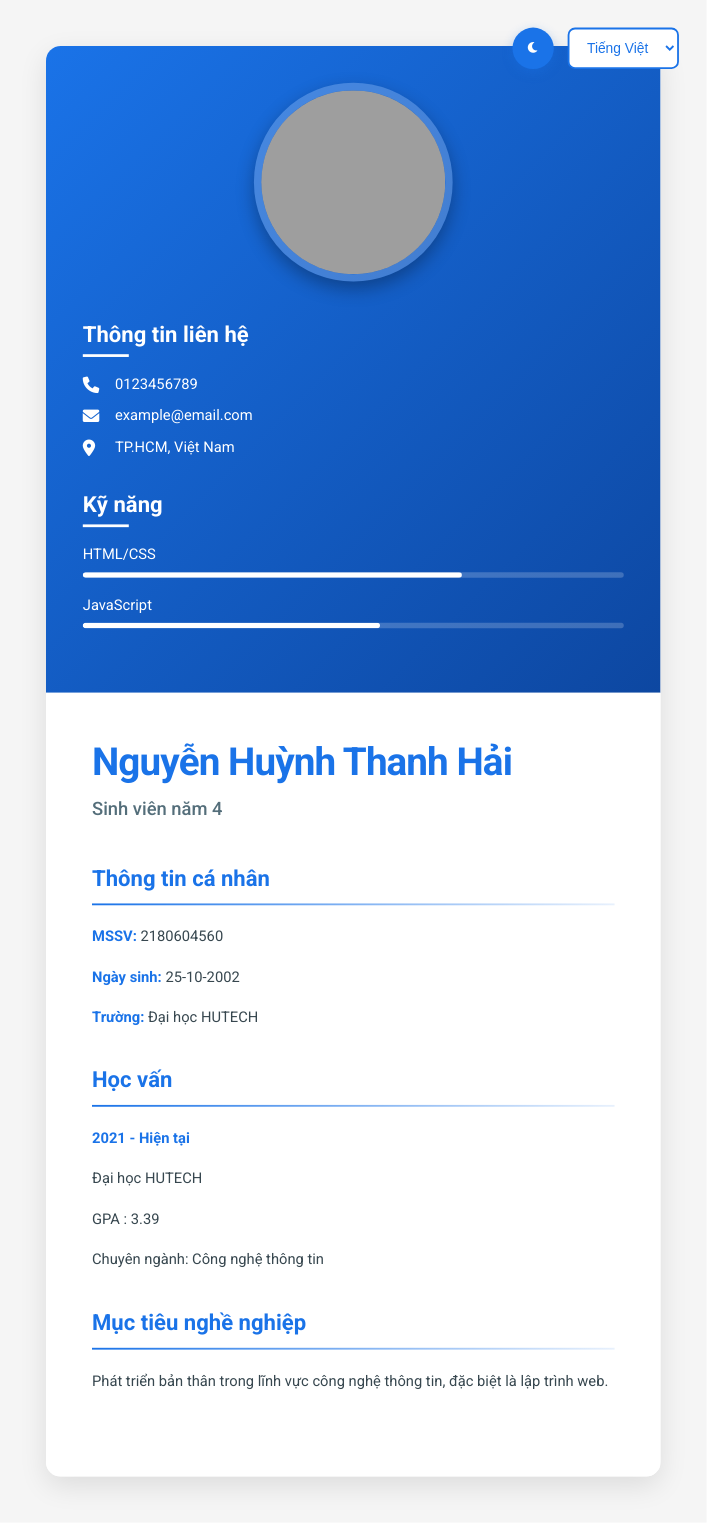
Repository: Haimichi/haimichi.github.io
Page: index.html
The author's editor kept a copy of each file at every save. The page is drawn from the files as they stood at one save, then again after the next save.
The browser window is 768 px wide. The pictures show the whole page, at 92% of full size.
Pictures or frames that could not be fetched are drawn as grey boxes.

Above is the page before, as saved 2025-03-04 10:41:05.

### index.html
<!DOCTYPE html>
<html lang="en">
<head>
    <meta charset="UTF-8">
    <meta name="viewport" content="width=device-width, initial-scale=1.0">
    <title>CV - Nguyễn Huỳnh Thanh Hải</title>
    <link rel="stylesheet" href="style.css">
    <link rel="stylesheet" href="https://cdnjs.cloudflare.com/ajax/libs/font-awesome/6.0.0/css/all.min.css">
    <link href="https://fonts.googleapis.com/css2?family=Roboto:wght@400;500;700&display=swap" rel="stylesheet">
</head>
<body>
    <div class="theme-controls">
        <button id="themeToggle" class="theme-btn">
            <i class="fas fa-moon"></i>
        </button>
        <select id="languageSelect" class="lang-select">
            <option value="vi">Tiếng Việt</option>
            <option value="en">English</option>
        </select>
    </div>
    <div class="container">
        <div class="cv-container">
            <div class="left-column">
                <div class="profile-image">
                    <input type="file" id="imageInput" accept="image/*" style="display: none;">
                    <img src="avatar.jpg" alt="Profile Picture" onclick="document.getElementById('imageInput').click()" style="width: 200px; height: 200px; border-radius: 50%; object-fit: cover; cursor: pointer;">
                </div>
                <script>
                    document.getElementById('imageInput').addEventListener('change', function(event) {
                        const file = event.target.files[0];
                        if (file) {
                            const reader = new FileReader();
                            reader.onload = function(e) {
                                document.querySelector('.profile-image img').src = e.target.result;
                            };
                            reader.readAsDataURL(file);
                        }
                    });
                </script>
                <div class="contact-info">
                    <h2>Thông tin liên hệ</h2>
                    <p><i class="fas fa-phone"></i> 0123456789</p>
                    <p><i class="fas fa-envelope"></i> example@email.com</p>
                    <p><i class="fas fa-map-marker-alt"></i> TP.HCM, Việt Nam</p>
                </div>
                <div class="skills">
                    <h2>Kỹ năng</h2>
                    <div class="skill-item">
                        <span>HTML/CSS</span>
                        <div class="skill-level">
                            <div class="skill-bar" style="width: 70%"></div>
                        </div>
                    </div>
                    <div class="skill-item">
                        <span>JavaScript</span>
                        <div class="skill-level">
                            <div class="skill-bar" style="width: 55%"></div>
                        </div>
                    </div>
                </div>
            </div>
            <div class="right-column">
                <div class="header">
                    <h1>Nguyễn Huỳnh Thanh Hải</h1>
                    <h2>Sinh viên năm 4</h2>
                </div>
                <div class="section">
                    <h2>Thông tin cá nhân</h2>
                    <p><strong>MSSV:</strong> 2180604560</p>
                    <p><strong>Ngày sinh:</strong> 25-10-2002</p>
                    <p><strong>Trường:</strong> Đại học HUTECH</p>
                </div>
                <div class="section">
                    <h2>Học vấn</h2>
                    <p><strong>2021 - Hiện tại</strong></p>
                    <p>Đại học HUTECH</p>
                    <p>GPA : 3.39</p>
                    <p>Chuyên ngành: Công nghệ thông tin</p>
                </div>
                <div class="section">
                    <h2>Mục tiêu nghề nghiệp</h2>
                    <p>Phát triển bản thân trong lĩnh vực công nghệ thông tin, đặc biệt là lập trình web.</p>
                </div>
            </div>
        </div>
    </div>
</body>
<script>
const translations = {
    en: {
        title: "Contact Information",
        skills: "Skills",
        personalInfo: "Personal Information",
        education: "Education",
        career: "Career Objectives",
        studentId: "Student ID",
        dob: "Date of Birth",
        university: "University",
        major: "Major",
        present: "Present"
    },
    vi: {
        title: "Thông tin liên hệ",
        skills: "Kỹ năng",
        personalInfo: "Thông tin cá nhân",
        education: "Học vấn",
        career: "Mục tiêu nghề nghiệp",
        studentId: "MSSV",
        dob: "Ngày sinh",
        university: "Trường",
        major: "Chuyên ngành",
        present: "Hiện tại"
    }
};

// Theme Toggle
const themeToggle = document.getElementById('themeToggle');
themeToggle.addEventListener('click', () => {
    document.body.classList.toggle('dark-theme');
    const icon = themeToggle.querySelector('i');
    if (document.body.classList.contains('dark-theme')) {
        icon.classList.replace('fa-moon', 'fa-sun');
    } else {
        icon.classList.replace('fa-sun', 'fa-moon');
    }
});

// Language Toggle
const languageSelect = document.getElementById('languageSelect');
languageSelect.addEventListener('change', (e) => {
    const lang = e.target.value;
    updateLanguage(lang);
});

function updateLanguage(lang) {
    document.querySelector('.contact-info h2').textContent = translations[lang].title;
    document.querySelector('.skills h2').textContent = translations[lang].skills;
    document.querySelector('.section h2').textContent = translations[lang].personalInfo;
    // Update other elements...
}
</script>
</html>

### style.css
body {
    margin: 0;
    padding: 0;
    font-family: 'Roboto', 'Segoe UI', sans-serif;
    background-color: #f5f5f5;
    display: flex;
    justify-content: center;
    align-items: center;
    min-height: 100vh;
    color: #2c3e50;
}

.container {
    width: 100%;
    max-width: 1200px;
    padding: 30px;
    margin: 20px;
}

.cv-container {
    display: flex;
    background-color: white;
    border-radius: 16px;
    box-shadow: 0 10px 30px rgba(0, 0, 0, 0.1);
    overflow: hidden;
}

.left-column {
    width: 360px;
    background: linear-gradient(135deg, #1a73e8 0%, #0d47a1 100%);
    color: white;
    padding: 40px;
}

.right-column {
    flex: 1;
    padding: 50px;
    background: white;
}

.profile-image {
    text-align: center;
    margin-bottom: 40px;
}

.profile-image img {
    width: 220px;
    height: 220px;
    border-radius: 50%;
    border: 8px solid rgba(255, 255, 255, 0.2);
    box-shadow: 0 8px 20px rgba(0, 0, 0, 0.3);
    transition: transform 0.3s ease;
}

.profile-image img:hover {
    transform: scale(1.05);
}

.contact-info {
    margin-bottom: 40px;
}

.contact-info h2 {
    font-size: 24px;
    margin-bottom: 20px;
    position: relative;
    padding-bottom: 10px;
}

.contact-info h2::after {
    content: '';
    position: absolute;
    left: 0;
    bottom: 0;
    width: 50px;
    height: 3px;
    background: white;
}

.contact-info p {
    margin: 15px 0;
    display: flex;
    align-items: center;
    font-size: 16px;
}

.contact-info i {
    margin-right: 15px;
    width: 20px;
    font-size: 18px;
}

.skills {
    margin-bottom: 30px;
}

.skills h2 {
    font-size: 24px;
    margin-bottom: 20px;
    position: relative;
    padding-bottom: 10px;
}

.skills h2::after {
    content: '';
    position: absolute;
    left: 0;
    bottom: 0;
    width: 50px;
    height: 3px;
    background: white;
}

.skill-item {
    margin: 20px 0;
}

.skill-item span {
    display: block;
    margin-bottom: 10px;
    font-size: 16px;
}

.skill-level {
    width: 100%;
    height: 6px;
    background-color: rgba(255, 255, 255, 0.2);
    border-radius: 10px;
    overflow: hidden;
}

.skill-bar {
    height: 100%;
    background: white;
    border-radius: 10px;
    transition: width 1s ease-in-out;
}

.header {
    margin-bottom: 50px;
}

.header h1 {
    color: #1a73e8;
    margin: 0 0 15px 0;
    font-size: 42px;
    font-weight: 700;
    letter-spacing: -1px;
}

.header h2 {
    color: #546e7a;
    margin: 0;
    font-size: 20px;
    font-weight: 500;
}

.section {
    margin-bottom: 40px;
}

.section h2 {
    color: #1a73e8;
    font-size: 24px;
    margin-bottom: 20px;
    position: relative;
    padding-bottom: 15px;
}

.section h2::after {
    content: '';
    position: absolute;
    left: 0;
    bottom: 0;
    width: 100%;
    height: 2px;
    background: linear-gradient(to right, #1a73e8 0%, rgba(26,115,232,0.1) 100%);
}

.section p {
    margin: 15px 0;
    line-height: 1.8;
    color: #37474f;
    font-size: 16px;
}

.section strong {
    color: #1a73e8;
    font-weight: 600;
}

@media (max-width: 768px) {
    .cv-container {
        flex-direction: column;
    }

    .left-column {
        width: auto;
    }

    .profile-image img {
        width: 150px;
        height: 150px;
    }
}

/* Theme controls styling */
.theme-controls {
    position: fixed;
    top: 30px;
    right: 30px;
    display: flex;
    gap: 15px;
    z-index: 1000;
}

.theme-btn {
    background: #1a73e8;
    color: white;
    border: none;
    padding: 12px;
    border-radius: 50%;
    cursor: pointer;
    width: 45px;
    height: 45px;
    display: flex;
    align-items: center;
    justify-content: center;
    box-shadow: 0 4px 12px rgba(26,115,232,0.3);
    transition: transform 0.3s ease;
}

.theme-btn:hover {
    transform: translateY(-2px);
}

.lang-select {
    padding: 8px 15px;
    border-radius: 8px;
    border: 2px solid #1a73e8;
    background: white;
    color: #1a73e8;
    cursor: pointer;
    font-size: 15px;
    font-weight: 500;
    transition: all 0.3s ease;
}

.lang-select:hover {
    background: #1a73e8;
    color: white;
}

/* Dark theme enhancements */
body.dark-theme {
    background-color: #121212;
}

.dark-theme .cv-container {
    background-color: #2d2d2d;
    box-shadow: 0 2px 15px rgba(255, 255, 255, 0.1);
}

.dark-theme .right-column {
    color: #ffffff;
}

.dark-theme .section p {
    color: #e0e0e0;
}

.dark-theme .header h1 {
    color: #4a9eff;
}

.dark-theme .header h2 {
    color: #b0b0b0;
}

.dark-theme .section h2 {
    color: #4a9eff;
    border-bottom-color: #4a9eff;
}

.dark-theme .left-column {
    background-color: #4a9eff;
}

After the next save:
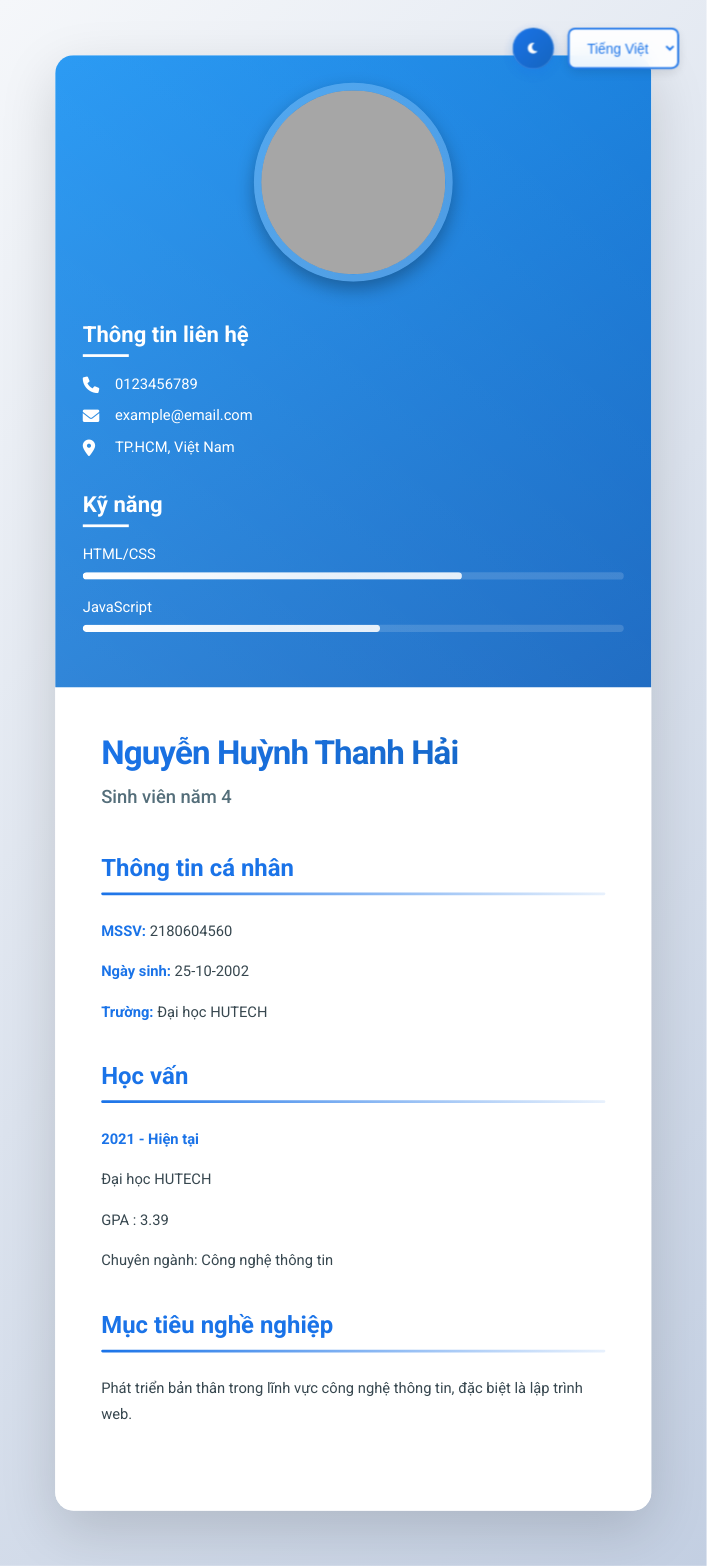
Saved 3 min 30 s later.
--- a/style.css
+++ b/style.css
@@ -2,7 +2,7 @@ body {
     margin: 0;
     padding: 0;
     font-family: 'Roboto', 'Segoe UI', sans-serif;
-    background-color: #f5f5f5;
+    background: linear-gradient(135deg, #f5f7fa 0%, #c3cfe2 100%);
     display: flex;
     justify-content: center;
     align-items: center;
@@ -20,16 +20,35 @@ body {
 .cv-container {
     display: flex;
     background-color: white;
-    border-radius: 16px;
-    box-shadow: 0 10px 30px rgba(0, 0, 0, 0.1);
+    border-radius: 20px;
+    box-shadow: 0 20px 60px rgba(0, 0, 0, 0.15);
     overflow: hidden;
+    margin: 20px;
+    transition: transform 0.3s ease;
+}
+
+.cv-container:hover {
+    transform: translateY(-5px);
 }
 
 .left-column {
     width: 360px;
-    background: linear-gradient(135deg, #1a73e8 0%, #0d47a1 100%);
+    background: linear-gradient(145deg, #2196f3 0%, #1565c0 100%);
     color: white;
     padding: 40px;
+    position: relative;
+    overflow: hidden;
+}
+
+.left-column::before {
+    content: '';
+    position: absolute;
+    top: 0;
+    left: 0;
+    right: 0;
+    bottom: 0;
+    background: linear-gradient(45deg, rgba(255,255,255,0.1) 0%, rgba(255,255,255,0) 100%);
+    pointer-events: none;
 }
 
 .right-column {
@@ -49,11 +68,13 @@ body {
     border-radius: 50%;
     border: 8px solid rgba(255, 255, 255, 0.2);
     box-shadow: 0 8px 20px rgba(0, 0, 0, 0.3);
-    transition: transform 0.3s ease;
+    transition: all 0.4s ease;
+    filter: brightness(1.05);
 }
 
 .profile-image img:hover {
-    transform: scale(1.05);
+    transform: scale(1.05) rotate(2deg);
+    border-color: rgba(255, 255, 255, 0.4);
 }
 
 .contact-info {
@@ -123,17 +144,37 @@ body {
 
 .skill-level {
     width: 100%;
-    height: 6px;
-    background-color: rgba(255, 255, 255, 0.2);
-    border-radius: 10px;
+    height: 8px;
+    background-color: rgba(255, 255, 255, 0.15);
+    border-radius: 20px;
     overflow: hidden;
+    position: relative;
 }
 
 .skill-bar {
     height: 100%;
-    background: white;
-    border-radius: 10px;
-    transition: width 1s ease-in-out;
+    background: linear-gradient(90deg, #ffffff 0%, rgba(255,255,255,0.8) 100%);
+    border-radius: 20px;
+    transition: width 1.5s cubic-bezier(0.165, 0.84, 0.44, 1);
+    position: relative;
+    overflow: hidden;
+}
+
+.skill-bar::after {
+    content: '';
+    position: absolute;
+    top: 0;
+    left: -100%;
+    width: 100%;
+    height: 100%;
+    background: linear-gradient(90deg, transparent, rgba(255,255,255,0.4), transparent);
+    animation: shimmer 2s infinite;
+}
+
+@keyframes shimmer {
+    100% {
+        left: 100%;
+    }
 }
 
 .header {
@@ -141,11 +182,14 @@ body {
 }
 
 .header h1 {
-    color: #1a73e8;
+    font-size: 48px;
+    background: linear-gradient(135deg, #1a73e8 0%, #1565c0 100%);
+    -webkit-background-clip: text;
+    -webkit-text-fill-color: transparent;
     margin: 0 0 15px 0;
-    font-size: 42px;
     font-weight: 700;
     letter-spacing: -1px;
+    position: relative;
 }
 
 .header h2 {
@@ -161,10 +205,11 @@ body {
 
 .section h2 {
     color: #1a73e8;
-    font-size: 24px;
-    margin-bottom: 20px;
+    font-size: 26px;
+    margin-bottom: 25px;
     position: relative;
     padding-bottom: 15px;
+    font-weight: 600;
 }
 
 .section h2::after {
@@ -173,8 +218,9 @@ body {
     left: 0;
     bottom: 0;
     width: 100%;
-    height: 2px;
-    background: linear-gradient(to right, #1a73e8 0%, rgba(26,115,232,0.1) 100%);
+    height: 3px;
+    background: linear-gradient(90deg, #1a73e8 0%, rgba(26,115,232,0.1) 100%);
+    border-radius: 3px;
 }
 
 .section p {
@@ -215,9 +261,11 @@ body {
 }
 
 .theme-btn {
-    background: #1a73e8;
+    background: linear-gradient(135deg, #1a73e8 0%, #1565c0 100%);
+    backdrop-filter: blur(10px);
+    -webkit-backdrop-filter: blur(10px);
+    border: 1px solid rgba(255,255,255,0.1);
     color: white;
-    border: none;
     padding: 12px;
     border-radius: 50%;
     cursor: pointer;
@@ -238,12 +286,15 @@ body {
     padding: 8px 15px;
     border-radius: 8px;
     border: 2px solid #1a73e8;
-    background: white;
+    background: rgba(255,255,255,0.9);
+    backdrop-filter: blur(10px);
+    -webkit-backdrop-filter: blur(10px);
     color: #1a73e8;
     cursor: pointer;
     font-size: 15px;
     font-weight: 500;
     transition: all 0.3s ease;
+    box-shadow: 0 4px 12px rgba(0,0,0,0.1);
 }
 
 .lang-select:hover {
@@ -253,12 +304,12 @@ body {
 
 /* Dark theme enhancements */
 body.dark-theme {
-    background-color: #121212;
+    background: linear-gradient(135deg, #1a1a1a 0%, #2d2d2d 100%);
 }
 
 .dark-theme .cv-container {
-    background-color: #2d2d2d;
-    box-shadow: 0 2px 15px rgba(255, 255, 255, 0.1);
+    background-color: #1e1e1e;
+    box-shadow: 0 20px 60px rgba(0, 0, 0, 0.3);
 }
 
 .dark-theme .right-column {
@@ -270,7 +321,9 @@ body.dark-theme {
 }
 
 .dark-theme .header h1 {
-    color: #4a9eff;
+    background: linear-gradient(135deg, #64b5f6 0%, #1976d2 100%);
+    -webkit-background-clip: text;
+    -webkit-text-fill-color: transparent;
 }
 
 .dark-theme .header h2 {
@@ -283,5 +336,22 @@ body.dark-theme {
 }
 
 .dark-theme .left-column {
-    background-color: #4a9eff;
-}
+    background: linear-gradient(145deg, #1565c0 0%, #0d47a1 100%);
+}
+
+/* Responsive improvements */
+@media (max-width: 968px) {
+    .cv-container {
+        flex-direction: column;
+        margin: 10px;
+    }
+
+    .left-column {
+        width: auto;
+        padding: 30px;
+    }
+
+    .header h1 {
+        font-size: 36px;
+    }
+}
